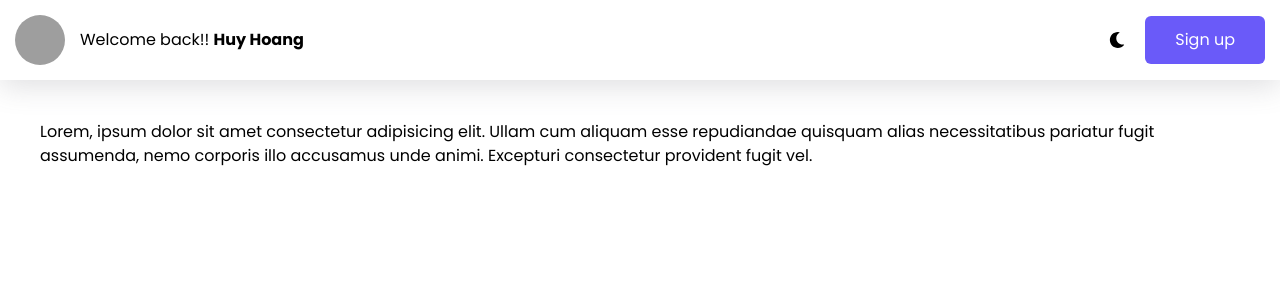
Repository: hoang0508/ReactJsDevWork
Page: /
These files come from the project's save history. The page is drawn as it stood at one moment and after the next save; the edit follows.
The browser window is 1280 px wide. The pictures show the whole page.
Pictures or frames that could not be fetched are drawn as grey boxes. The project was rebuilt for these pictures with package versions that can differ from the ones it lists, and the page was loaded fresh each time.

Above is the page before, as saved 2022-03-07 22:41:19.

After the next save:
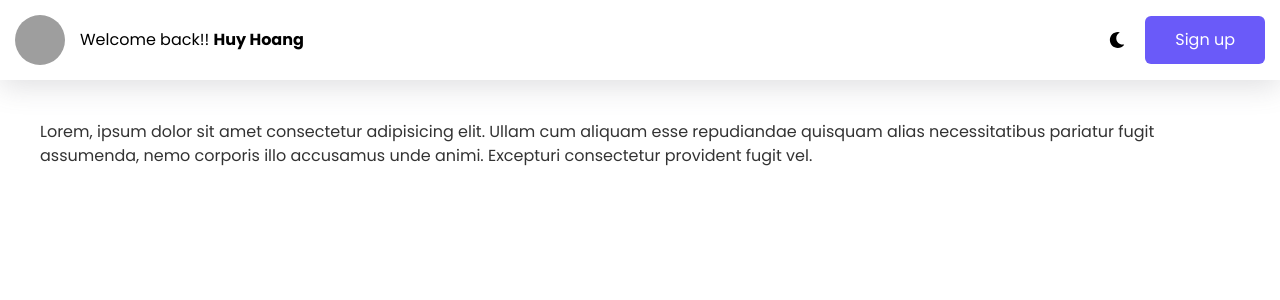
Saved 49 s later.
--- a/src/components/HeaderMain.scss
+++ b/src/components/HeaderMain.scss
@@ -34,3 +34,13 @@
     border-radius: 6px;
   }
 }
+
+.dark {
+  background-color: #2d2958;
+  color: #fff;
+}
+
+.light {
+  background-color: #fff;
+  color: #333;
+}
